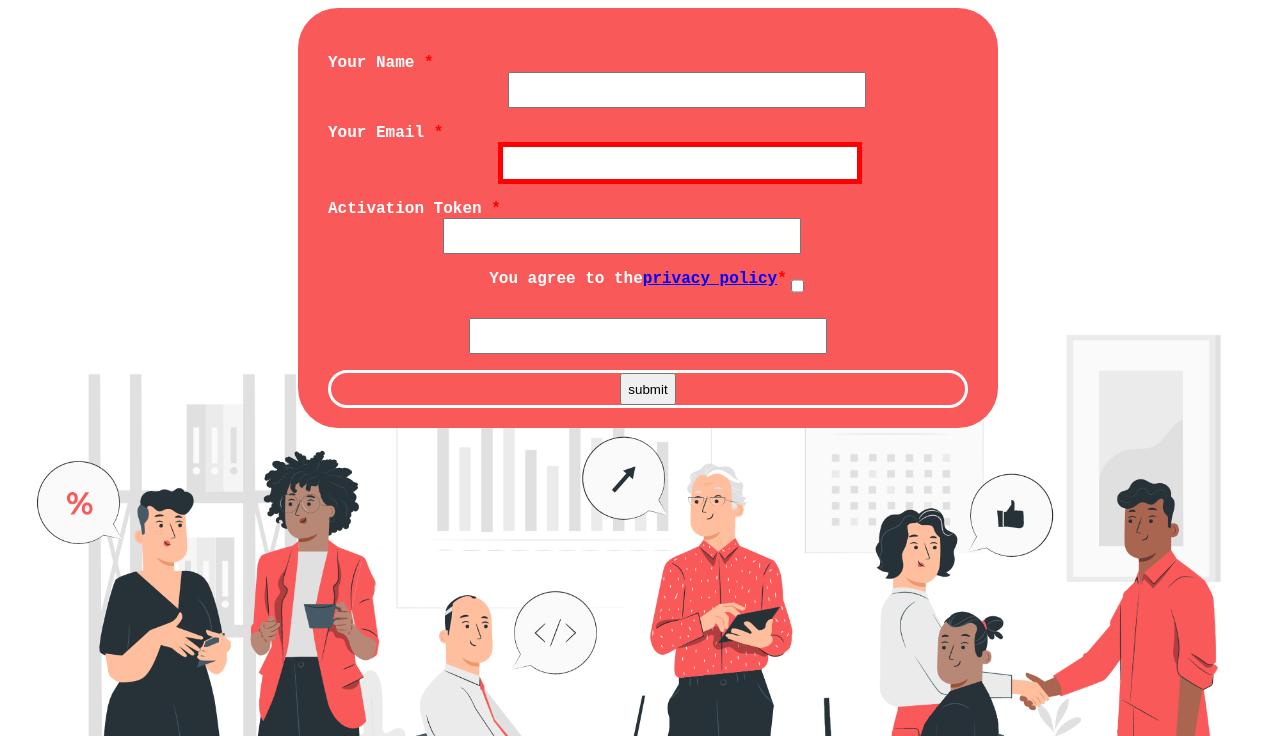
Repository: Rachael4life/Assignment-1
Page: starter-code/src/index.html
The author's editor kept a copy of each file at every save. The page is drawn from the files as they stood at one save, then again after a run of saves.
The browser window is 1280 px wide. The page is 1288 px wide, so the pictures cover 1288 px, including what lies to the right of the window. The pictures show the whole page.

Above is the page before, as saved 2022-02-28 06:26:49.

After the next 2 saves:
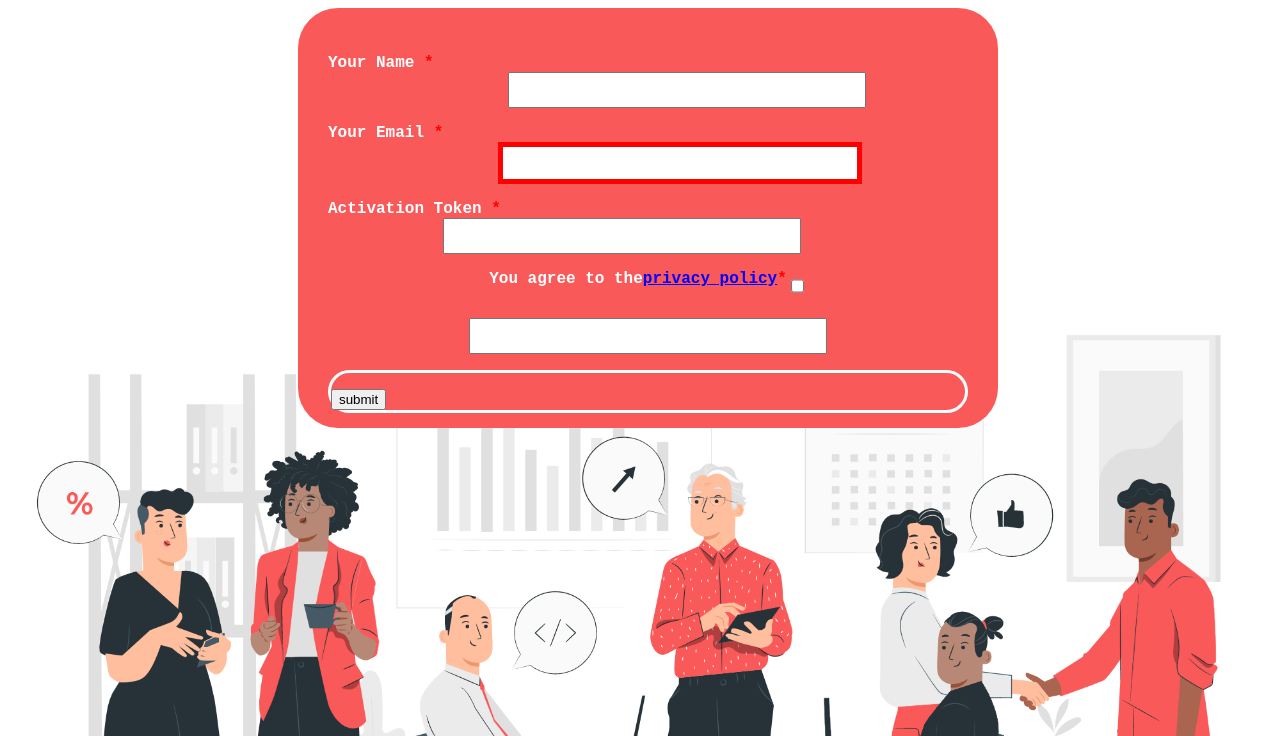
The 2 saves are shown as one change because they came seconds apart.
The last was saved 2 min 12 s later.
--- a/starter-code/src/style.css
+++ b/starter-code/src/style.css
@@ -46,7 +46,7 @@ form {
     display: flex;
 }
 .gogi {
-    display: flex;
+    display: ;
     justify-content: center;
     align-content:center;
     border-style: solid;
